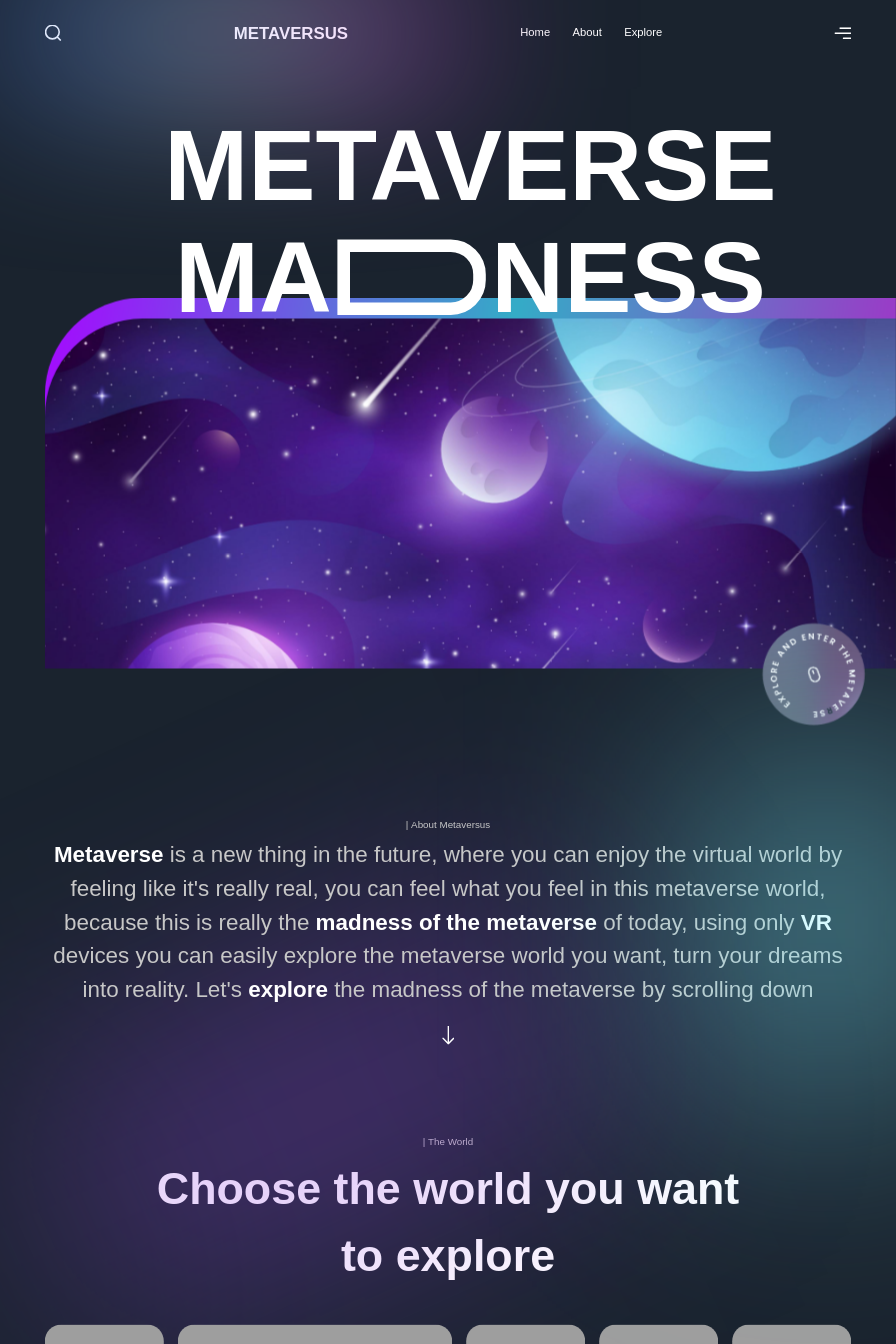
Repository: Shanuga123/metaversus
Page: /
The author's editor kept a copy of each file at every save. The page is drawn from the files as they stood at one save, then again after a run of saves.
The browser window is 1280 px wide. The pictures show the part of the page from y = 0 to 1920 px (the page is 7254 px tall), at 70% of full size.
Pictures or frames that could not be fetched are drawn as grey boxes. Some web fonts or font styles are not loaded; a fallback is used. The project was rebuilt for these pictures with package versions that can differ from the ones it lists, and the page was loaded fresh each time. The framework's server and built-in components were replaced by stand-ins that run in the browser. Also part of the build but not shown: next.config.js, sections/Navbar.jsx.

Above is the page before, as saved 2024-08-06 09:11:29.

After the next 2 saves:
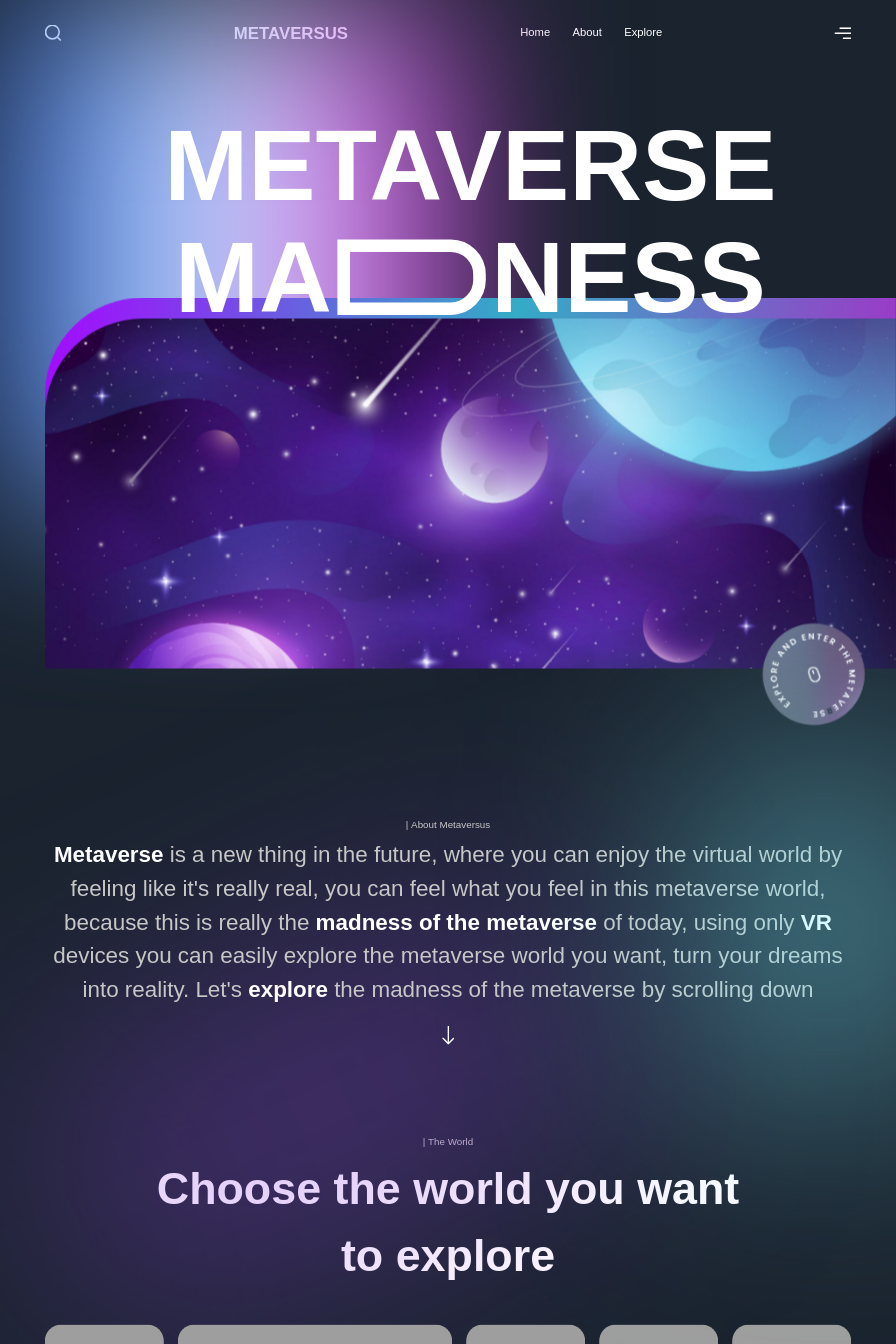
The 2 saves are shown as one change because they came seconds apart.
The last was saved 28 s later.
--- a/components/Navbar.jsx
+++ b/components/Navbar.jsx
@@ -1,38 +1,62 @@
 'use client';
 
 import { motion } from 'framer-motion';
+import { useEffect, useState } from 'react';
 import styles from '../styles';
 import { navVariants } from '../utils/motion';
 
-const Navbar = () => (
-  <motion.nav
-    variants={navVariants}
-    initial="hidden"
-    whileInView="show"
-    className={`${styles.xPaddings} py-8 relative`}
-  >
-    <div className="absolute w-[50%] inset-0 gradient-01" />
-    <div className={`${styles.innerWidth} mx-auto flex justify-between items-center gap-8`}>
-      <img
-        src="/search.svg"
-        alt="search"
-        className="w-[24px] h-[24px] object-contain"
-      />
-      <h2 className="font-extrabold text-[24px] leading-[30.24px] text-white">
-        METAVERSUS
-      </h2>
-      <div className="flex gap-8">
-        <a href="#home" className="text-white font-medium">Home</a>
-        <a href="#about" className="text-white font-medium">About</a>
-        <a href="#explore" className="text-white font-medium">Explore</a>
+const Navbar = () => {
+  const [navbarVisible, setNavbarVisible] = useState(true);
+
+  useEffect(() => {
+    let lastScrollY = window.scrollY;
+
+    const handleScroll = () => {
+      if (window.scrollY > lastScrollY) {
+        setNavbarVisible(false); // Hide navbar when scrolling down
+      } else {
+        setNavbarVisible(true); // Show navbar when scrolling up
+      }
+      lastScrollY = window.scrollY;
+    };
+
+    window.addEventListener('scroll', handleScroll);
+
+    return () => {
+      window.removeEventListener('scroll', handleScroll);
+    };
+  }, []);
+
+  return (
+    <motion.nav
+      variants={navVariants}
+      initial="hidden"
+      whileInView="show"
+      className={`${styles.xPaddings} py-8 ${styles.navbar} ${navbarVisible ? styles.navbarVisible : styles.navbarHidden}`}
+    >
+      <div className="absolute w-[50%] inset-0 gradient-01" />
+      <div className={`${styles.innerWidth} mx-auto flex justify-between items-center gap-8`}>
+        <img
+          src="/search.svg"
+          alt="search"
+          className="w-[24px] h-[24px] object-contain"
+        />
+        <h2 className="font-extrabold text-[24px] leading-[30.24px] text-white">
+          METAVERSUS
+        </h2>
+        <div className="flex gap-8">
+          <a href="#home" className="text-white font-medium">Home</a>
+          <a href="#about" className="text-white font-medium">About</a>
+          <a href="#explore" className="text-white font-medium">Explore</a>
+        </div>
+        <img
+          src="/menu.svg"
+          alt="menu"
+          className="w-[24px] h-[24px] object-contain"
+        />
       </div>
-      <img
-        src="/menu.svg"
-        alt="menu"
-        className="w-[24px] h-[24px] object-contain"
-      />
-    </div>
-  </motion.nav>
-);
+    </motion.nav>
+  );
+};
 
 export default Navbar;
